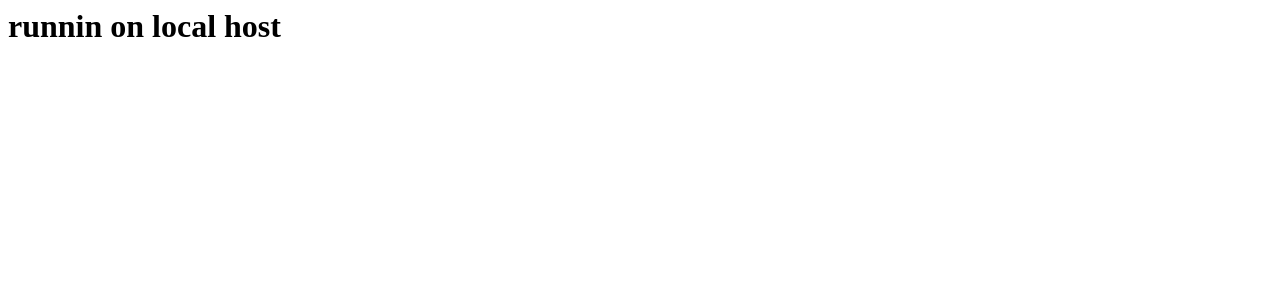
Repository: Flatbook/sliced_bread
Page: http://localhost/
These files come from the project's save history. The page is drawn as it stood at one moment and after a run of saves; the edit follows.
The browser window is 1280 px wide. The pictures show the whole page.
The page is served by the project's application, run on Flask 3 (app.py).

Above is the page before, as saved 2021-05-15 18:18:13.

After the next 2 saves:
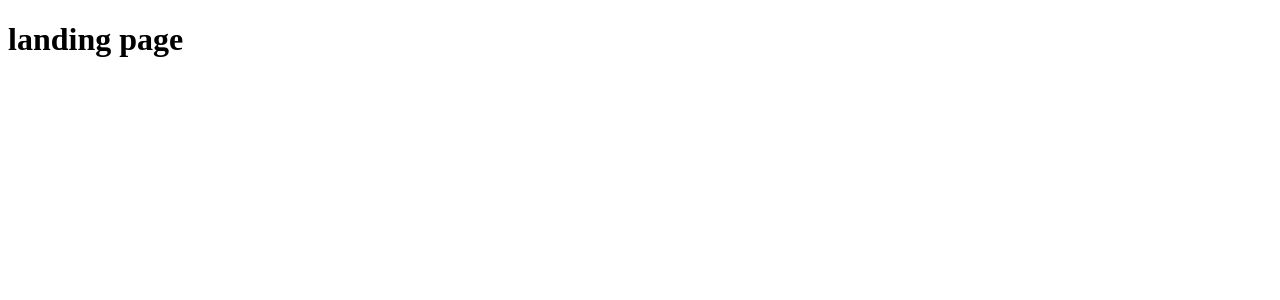
The 2 saves are shown as one change because 1 did not build or start.
The last was saved 33 s later.
--- a/flask_project/app.py
+++ b/flask_project/app.py
@@ -1,10 +1,10 @@
-from flask import Flask
+from flask import Flask, render_template
 
 app = Flask(__name__)
 
 @app.route("/")
 def hello_world():
-    return "<h1> runnin on local host </h1>"
+    return render_template('home.html')
 
 @app.route("/form")
 def form():
